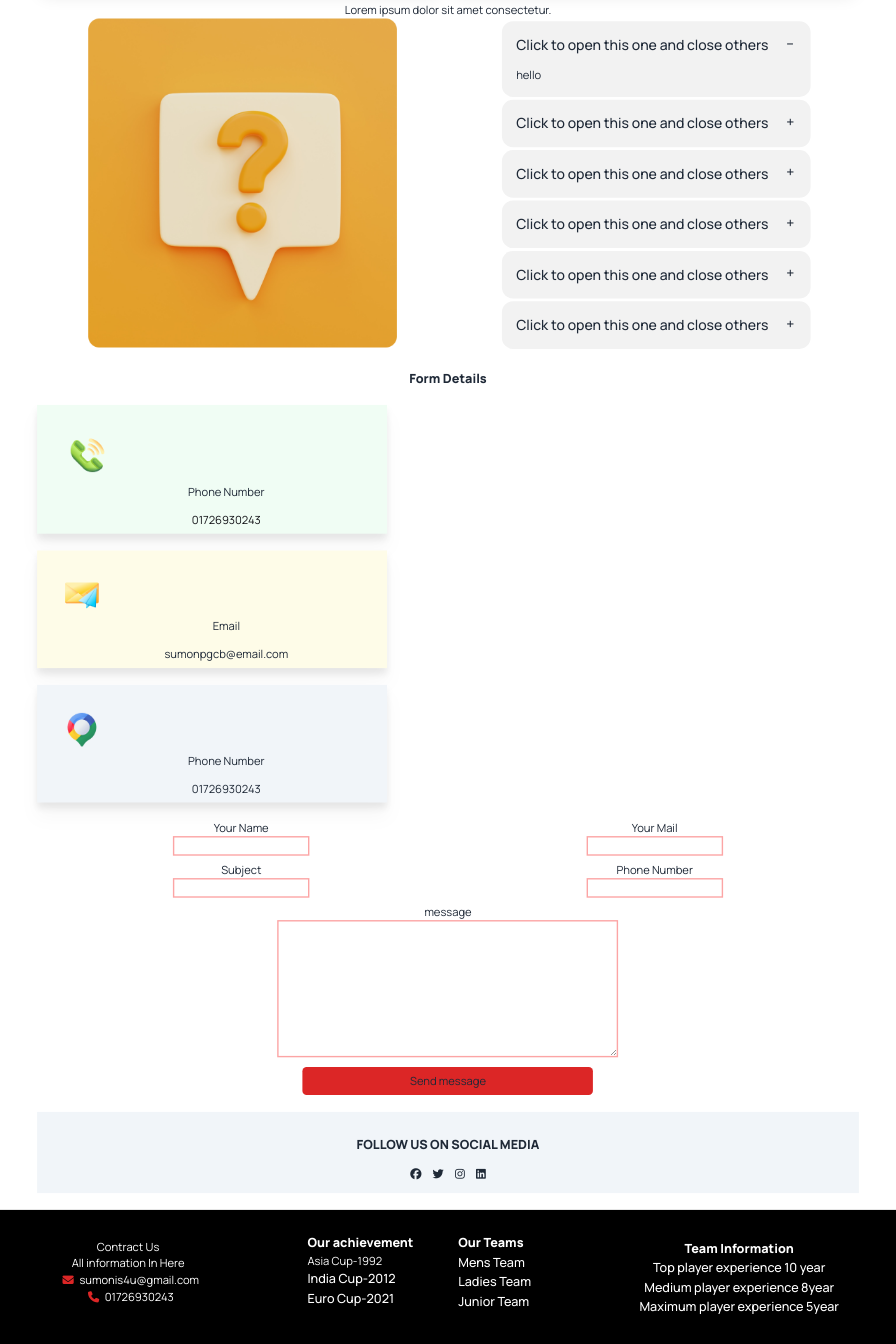
Repository: sumonkumarsarkar/bd-hockeys-team
Page: index.html
The author's editor kept a copy of each file at every save. The page is drawn from the files as they stood at one save, then again after the next save.
The browser window is 1280 px wide. The pictures show the part of the page from y = 2559 to 4479 px (the page is 4479 px tall before and 4133 px after), at 70% of full size.
Some web libraries are served in a nearby version.

Above is the page before, as saved 2024-01-24 17:27:21.

After the next save:
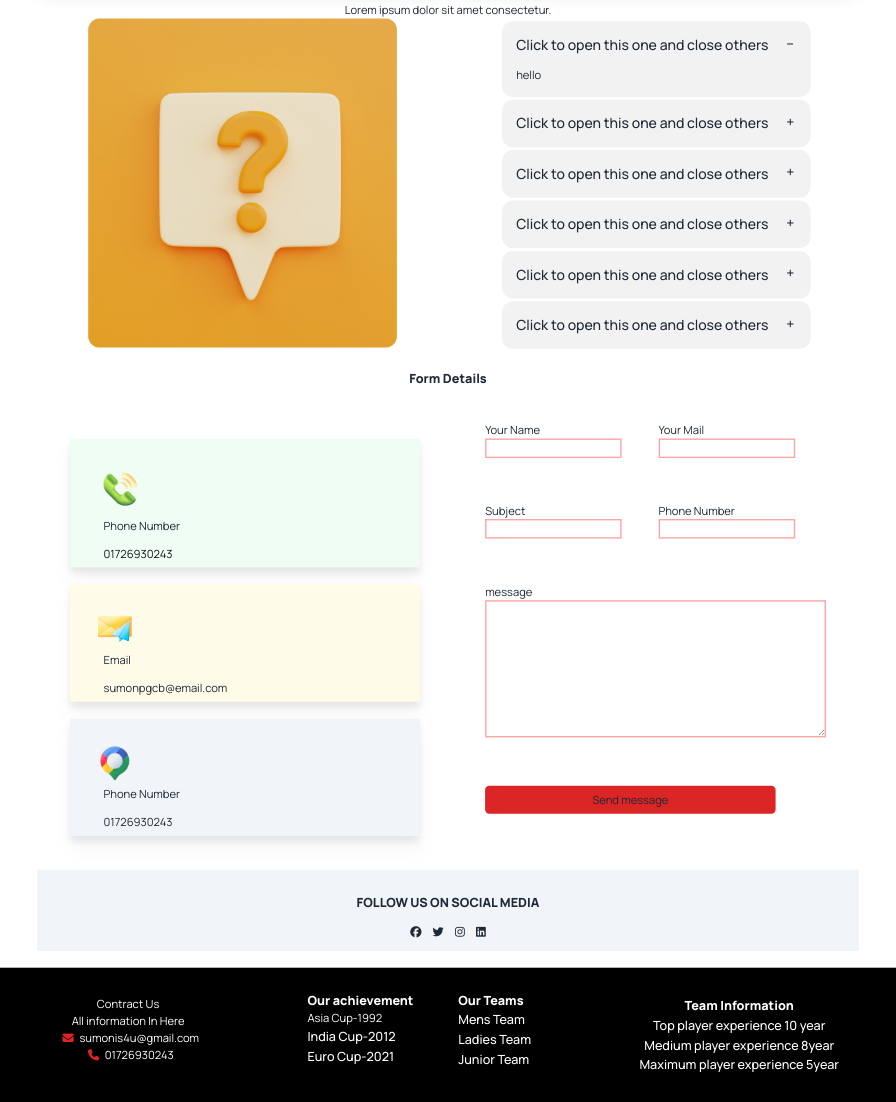
Saved 52 s later.
--- a/index.html
+++ b/index.html
@@ -490,7 +490,7 @@
 
     <div class="text-center bg-[#FFF] my-6"">
         <h2 class="font-extrabold text-[ #FFF;] text-lg">Form Details</h2>
-        <p class="font-medium text-[rgba(255, 255, 255, 0.60);] text-lg>Give The All Information</p>
+        <p class="font-medium text-white">Give The All Information</p>
        </div>
 
 <div class="flex flex-col lg:flex-row justify-around">
